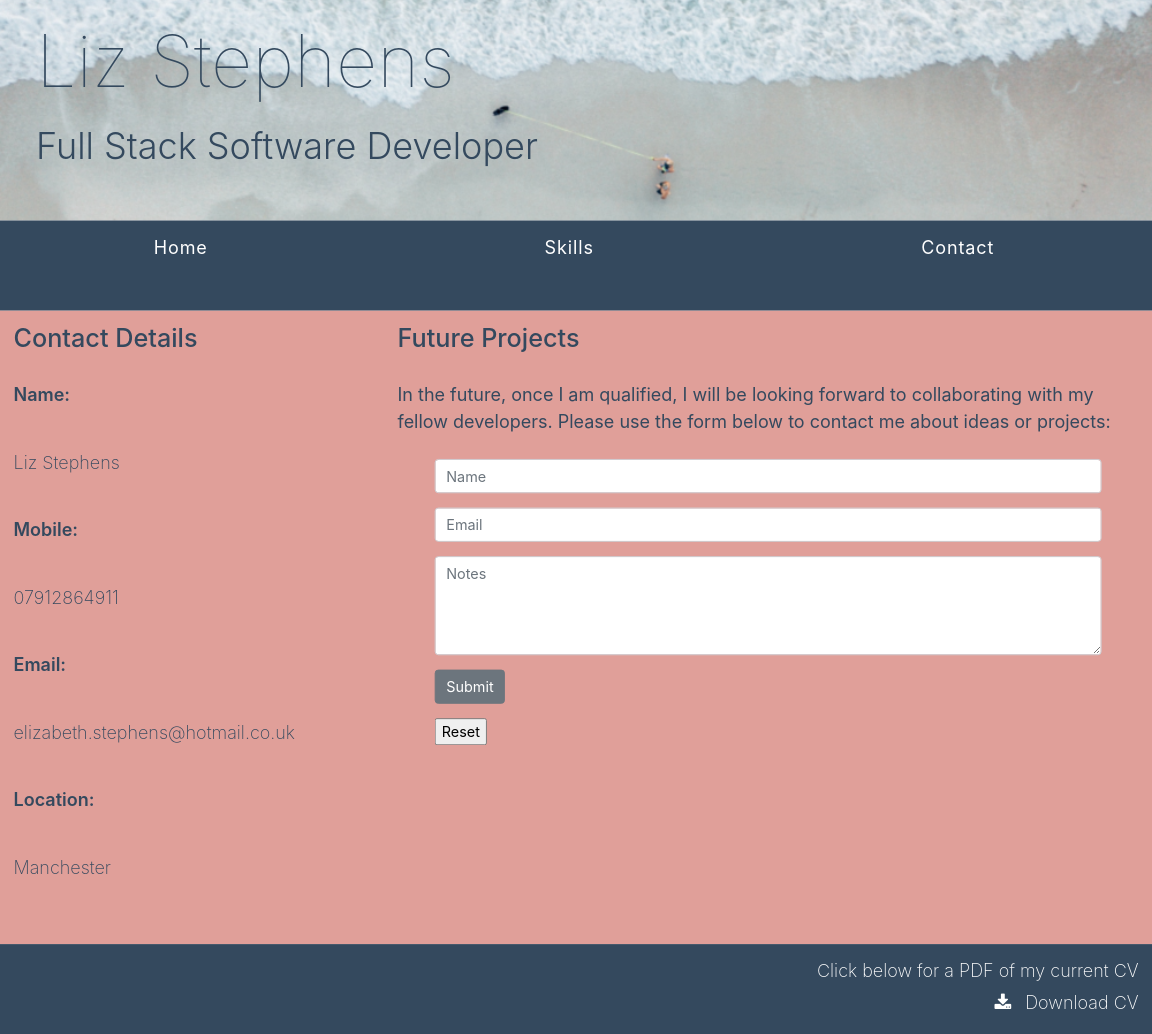
Repository: Liz94688/portfolio-site
Page: contact.html
The author's editor kept a record of every edit. The page is drawn from the files as they stood at one moment, then again after the next edit.
The browser window is 1280 px wide. The pictures show the whole page, at 90% of full size.

Above is the page before.

After the next edit:
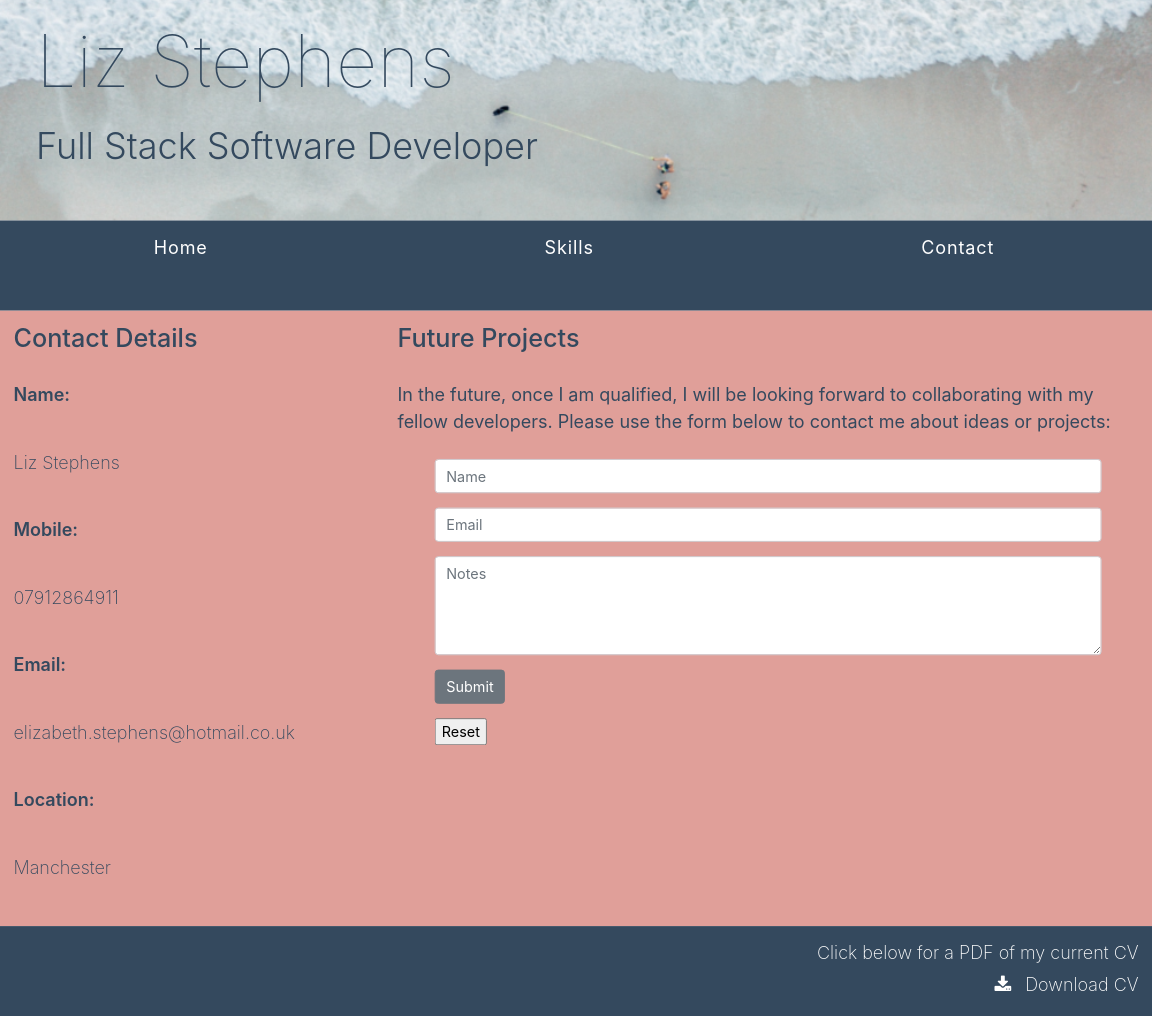
The edit:
--- a/assets/css/style.css
+++ b/assets/css/style.css
@@ -423,6 +423,15 @@
 }
 
 @media(min-width: 600px) {
+    .contact-details-itemised .key,
+    .contact-details-itemised .value {
+        display: block;
+        padding-right: 10px;
+        margin-bottom: 45px;
+    }
+}
+
+@media(min-width: 600px) {
     .contact-details-itemised .key {
         width: 100%;
     }
